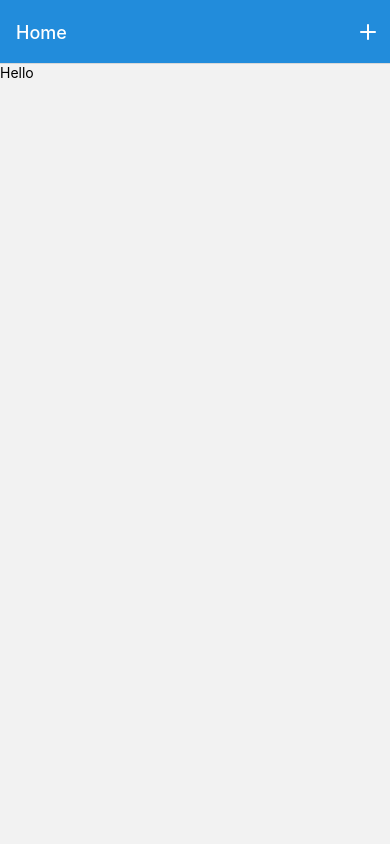
Repository: dev-bot1/-Sigfyn-Software-Development-Engineer-Trainee-Interview-todolist
Screen: /
The author's editor kept a copy of each file at every save. The screen is drawn from the files as they stood at one save, then again after the next save.
The app was drawn by React Native's web renderer in a window 390 px wide. The project was rebuilt for these pictures with package versions that can differ from the ones it lists, and the page was loaded fresh each time. Also part of the build but not shown: src/screens/NewScreen.js.

Above is the screen before, as saved 2022-01-18 22:37:37.

### App.js
import 'react-native-gesture-handler';
import React from 'react';
import Toast from 'react-native-toast-message';
import { StyleSheet, Text, View } from 'react-native';
import { createStackNavigator } from '@react-navigation/stack';
import { NavigationContainer } from '@react-navigation/native';
import HomeScreen from './src/screens/HomeScreen';
import NewScreen from './src/screens/NewScreen';
import { Icon } from 'react-native-elements';

const Stack = createStackNavigator();

export default function App() {
  return (
    <NavigationContainer>
      <Stack.Navigator
        screenOptions={{
          headerStyle: {
            backgroundColor: '#228CDB'
          },
              headerTintColor: '#fff'
          }}
        initialRouteName="Home">
        <Stack.Screen
            name="Home"
            component={HomeScreen}
            options={({navigation}) => ({
                headerRight: () => (
                    <Icon
                    name="plus"
                    type="feather"
                    color="#fff"
                    style={style.headerIcon}
                    onPress={() =>navigation.navigate('New')}
                />
            )
            })}
        />
        <Stack.Screen name="New" component={NewScreen} />
      </Stack.Navigator>
      {/* <Toast ref={(ref) => Toast.setRef(ref)} /> */}
    </NavigationContainer>
  );
}
const style = StyleSheet.create({
  headerIcon: {
    marginRight: 10
  }
});

### src/screens/HomeScreen.js
import { useAsyncStorage } from '@react-native-async-storage/async-storage';
import React, { useEffect, useState } from 'react';
import { FlatList, StyleSheet, Text, View } from 'react-native';
import { Card } from 'react-native-elements';
import Toast from 'react-native-toast-message';

export default function HomeScreen ({ navigation }) {
  const { getItem } = useAsyncStorage('todo');
  const [items, setItems] = useState([]);
  const [loading, setLoading] = useState(true);

  function getTodoList () {
    getItem()
      .then((todoJSON) => {
        const todo = todoJSON ? JSON.parse(todoJSON) : [];
        setItems(todo);
        setLoading(false);
      })
      .catch((err) => {
        console.error(err);
        Toast.show({
          type: 'error',
          text1: 'An error occurred',
          position: 'top'
        });
      });
  }

  function renderCard ({item}) {
    return (
      <Card>
        <Card.Title style={styles.cardTitle}>{item.title}</Card.Title>
      </Card>
    )
  }

  useEffect(() => {
    const unsubscribe = navigation.addListener('focus', getTodoList);

    return unsubscribe;
  }, [])

  return (
    <View>
      <FlatList refreshing={loading} onRefresh={getTodoList} style={styles.list} data={items}
        renderItem={renderCard} keyExtractor={(item) => item.id} />
     <Text style={styles.bottomCenter}>{"Hello"}</Text>
    </View>
  )
}

const styles = StyleSheet.create({
  list: {
    width: '100%'
  },
  cardTitle: {
    textAlign: 'left'
  },
  bottomCenter: {
    flex: 1,
    justifyContent: 'flex-end',
    marginBottom: 30
  }
})

After the next save:
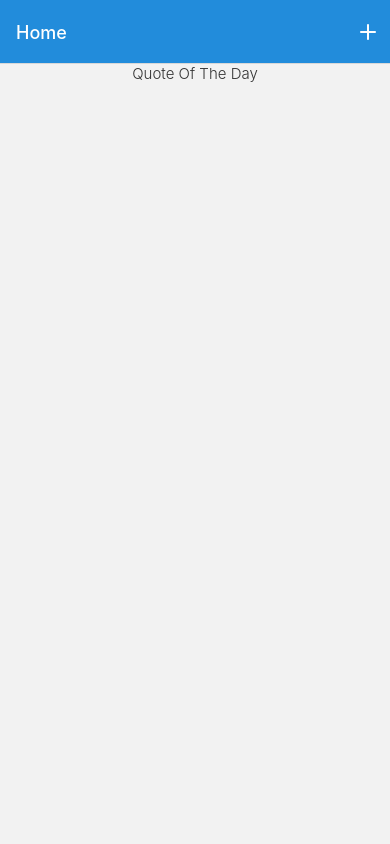
Saved 6 min 1 s later.
--- a/src/screens/HomeScreen.js
+++ b/src/screens/HomeScreen.js
@@ -44,7 +44,7 @@ export default function HomeScreen ({ navigation }) {
     <View>
       <FlatList refreshing={loading} onRefresh={getTodoList} style={styles.list} data={items}
         renderItem={renderCard} keyExtractor={(item) => item.id} />
-     <Text style={styles.bottomCenter}>{"Hello"}</Text>
+     <Text style={styles.text}>{"Quote Of The Day"}</Text>
     </View>
   )
 }
@@ -56,9 +56,11 @@ const styles = StyleSheet.create({
   cardTitle: {
     textAlign: 'left'
   },
-  bottomCenter: {
-    flex: 1,
-    justifyContent: 'flex-end',
-    marginBottom: 30
+  text: {
+    textAlign: 'center',
+    fontSize:15,
+    fontWeight: '300',
+    color: '#333',
+    marginBottom:'20'
   }
 })
